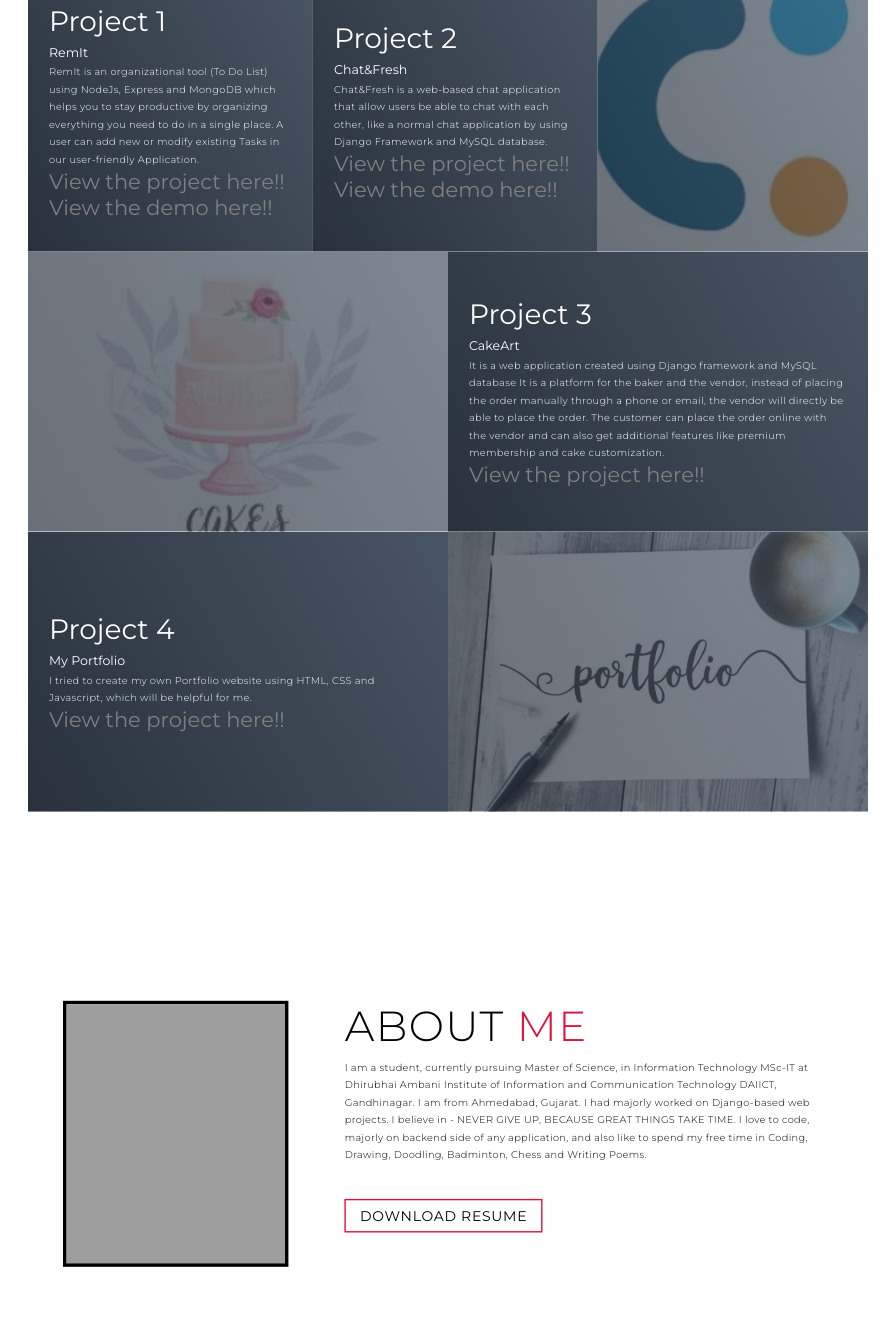
Repository: sanjana-poptani/sanjana-poptani.github.io
Page: index.html
The author's editor kept a copy of each file at every save. The page is drawn from the files as they stood at one save, then again after the next save.
The browser window is 1280 px wide. The pictures show the part of the page from y = 1784 to 3704 px (the page is 4684 px tall), at 70% of full size.
Pictures or frames that could not be fetched are drawn as grey boxes.

Above is the page before, as saved 2021-12-28 00:35:57.

After the next save:
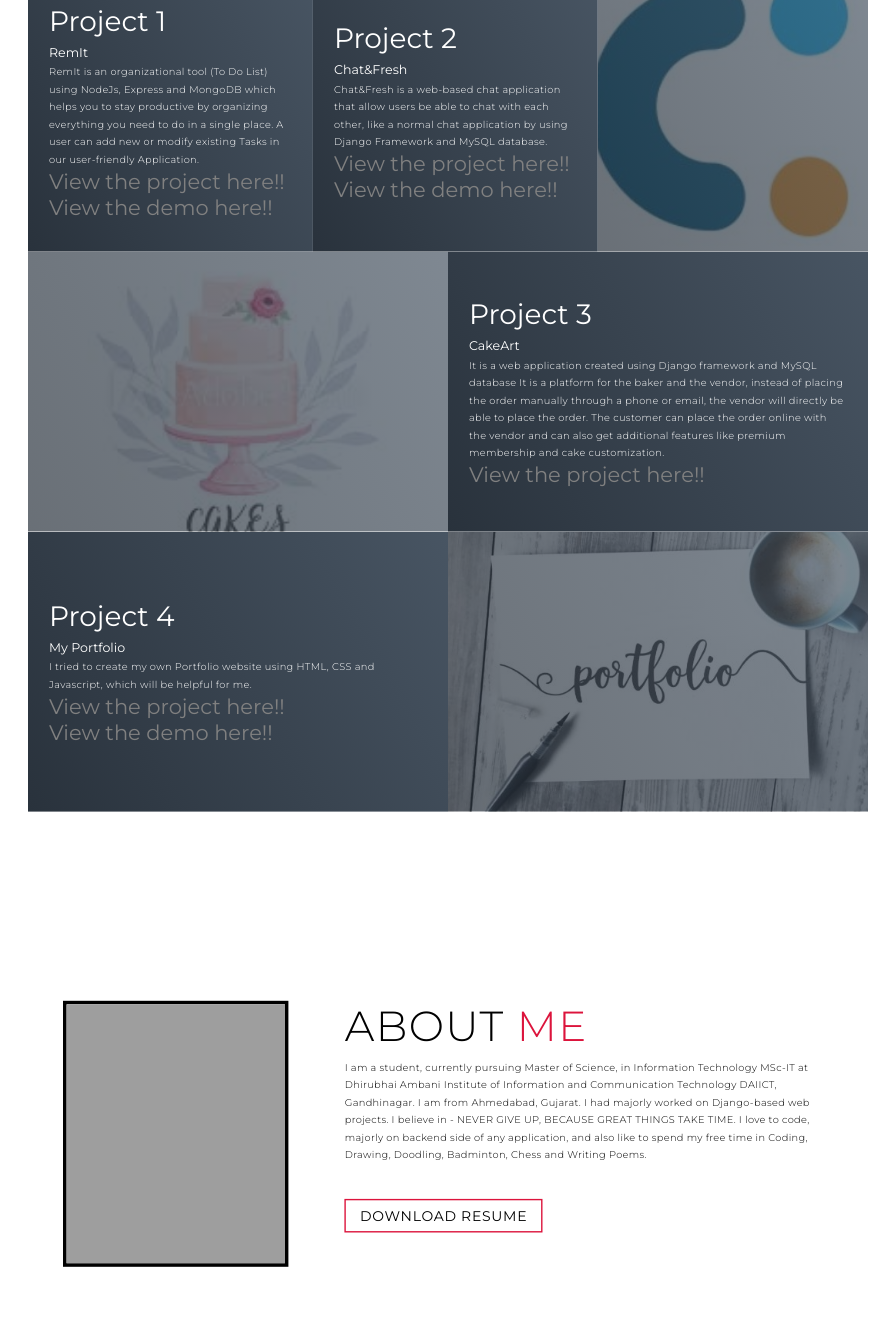
Saved 4 min 16 s later.
--- a/index.html
+++ b/index.html
@@ -140,6 +140,7 @@
                 be helpful for me.
             </p>
             <a href="#" style="text-decoration: none;font-size: 30px;color: gray;" target="blank"> View the project here!!</a>
+            <a href="https://youtu.be/TArH2xCxA6k" style="text-decoration: none;font-size: 30px;color: gray;" target="blank"> View the demo here!!</a>
           </div>
           <div class="project-img">
             <img src="./images/portfolio.jpeg" alt="img">
